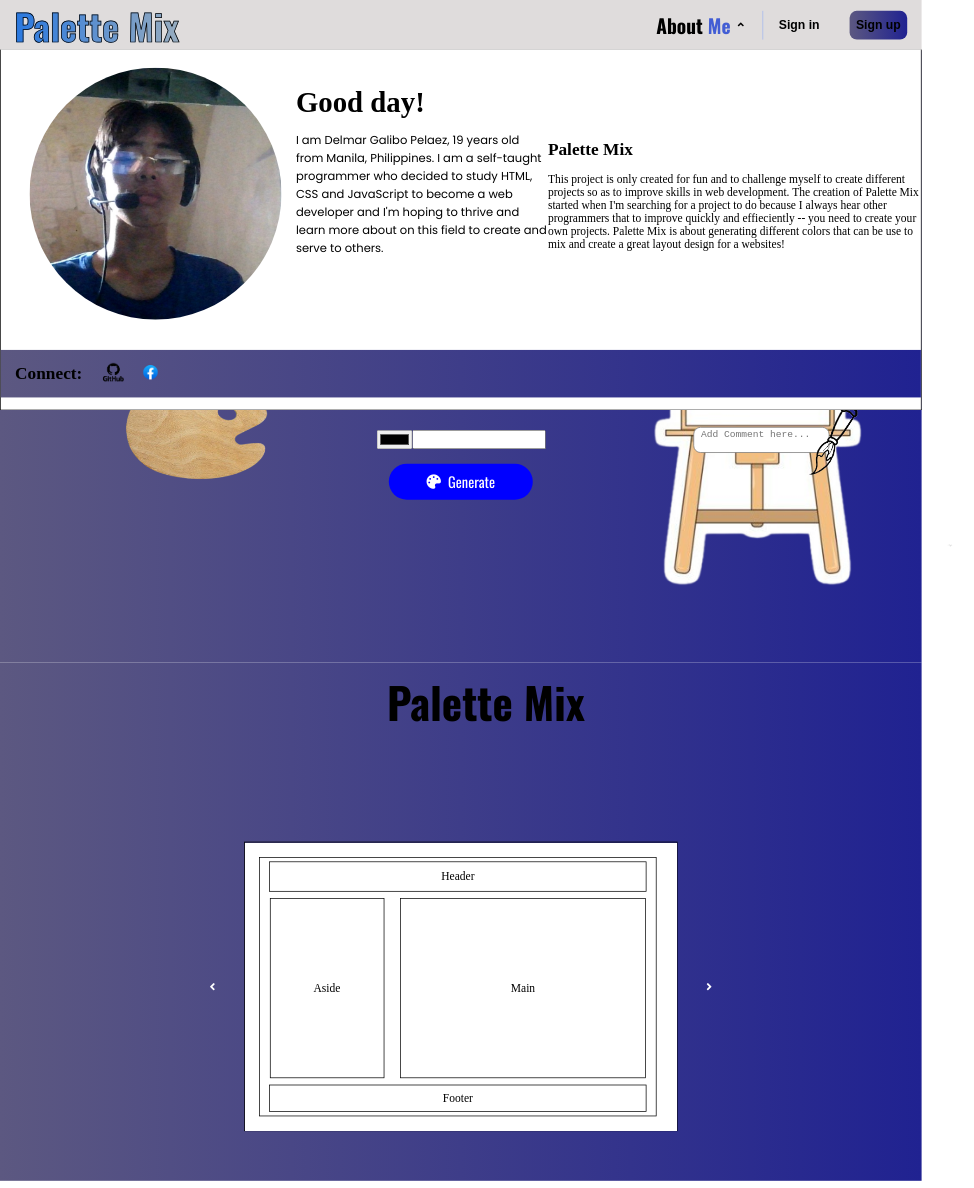
Repository: dmpelaez/Login-Signup-form
Page: Color/colorHeader.html
An editor plug-in stored every save of this project. The page is shown before and after the next save, followed by the edit.
The browser window is 1280 px wide. The page is 1353 px wide, so the pictures cover 1353 px, including what lies to the right of the window. The pictures show the whole page, at 72% of full size.
Some web libraries are served in a nearby version.

Above is the page before, as saved 2025-12-12 18:35:59.

### Color/colorHeader.html
<!DOCTYPE html>

  <html lang="en" dir="ltr">

    <head>

      <title>Palette Mix</title>
      <!--Style-->
      <link rel="stylesheet" href="colorHeader.css">
      <link rel="stylesheet" href="colorMain.css">
      <link rel="stylesheet" href="https://cdnjs.cloudflare.com/ajax/libs/font-awesome/5.14.0/css/all.min.css">
    </head>
    <body>

      <header class="color-header">
        <!--Title-->
        <a href="colorHeader.html">
          <section id="title" class="color-title">
            Palette Mix
          </section>
        </a>

        <!--End-->

        <!--Right side navigation bar-->
        <section class="navigation-bar">

          <!--About me-->
          <button class="about-me">
            <span class="aboutme">About <span class="me-text">Me</span></span>
            <i class="fas fa-angle-up"></i>
          </button>

          <!--Login & Signup form-->
          <div class="signin-signup">
            <button class="sign-in">
              Sign in
            </button>
            <button class="sign-up">
              Sign up
            </button>
          </div>
        </section>
        <!--End-->
        <div class="aboutmeSection">
          <div class="sectionAboutme">

            <img class="imageofme" alt="Creator Image" src="WIN_20241001_13_05_33_Pro.jpg">
            <P class="gd">Good day!</P>
            <p class="introduction">
              I am Delmar Galibo Pelaez, 19 years old from Manila, Philippines.
              I am a self-taught programmer who decided to study HTML, CSS and JavaScript to become
              a web developer and I'm hoping to thrive and learn more about on this field to create and serve to others.
            </p>

          </div>

          <div class="aboutThisProject">
            <h2 class="info-project">Palette Mix</h2>
            <p class="infoPalette">
              This project is only created for fun and to challenge myself to create different projects so as to improve skills in web development.
              The creation of Palette Mix started when I'm searching for a project to do because I always hear other programmers that to improve quickly and effieciently --
              you need to create your own projects. Palette Mix is about generating different colors that can be use to mix and create a great layout design for a websites!
            </p>
          </div>

          <div class="connectSection">
            <div class="contacts">
              <h2 class="connect-text">Connect:</h2>
              <a class="githubLink" href="#" target="_blank">
                 <img class="github" alt="Github" src="download__1_-removebg-preview.png">
              </a>
              <a class="facebook"  href="#" target="_blank">
                <img class="fb"  alt="Facebook" src="facebook-logo (1).png">
              </a>
            </div>

          </div>

        </div>


      </header>

      <main class="mainpage">

        <!--Main page-->
        <div class="main-page">

          <section class="title1">

            <h1 class="intro">Your color palettes generator!</h1>

            <h3 class="little-info">Create the perfect palette and get inspired by thousands of beautiful color schemes.</h3>
            <div class="sliding">
              <div class="colors">
              </div>
              <div class="colors2">
              </div>
              <div class="colors3">
              </div>
               <div class="colors4">
              </div>
            </div>

            <div class="colorSearch">
              <input type="color" class="colorbox">
              <Input type="text"  class="textbox">
              <img class="brush" src="brush.png">
              <img class="plate" src="plate.png">
              <img class="board" src="board.png">
                <div class="comment-section">
                  <h3 class="comment-text">Comment Here!</h3>
                  <ul class="comment-list"></ul>
                  <textarea class="comment-input" placeholder="Add Comment here..."></textarea>
                </div>
              </img>

            </div>

            <button class="generator">
              <i class="fas fa-palette"></i>
              Generate
            </button>
          </section>


        </div>

        <div class="theWhole">
          <div class="paletteText">Palette Mix</div>
          <div class="colorGenerator">
          </div>

          <div class="wholeDesign">
          <i id="leftIcon" class="fas fa-angle-left"></i>
              <div class="divBox">

            <!--Design 1-->


            <div class="divScroll">
              <div  class="div1">
                <div id="randomBox1" class="divpage1">
                  <header id="randomBox2" class="headerDiv1">Header</header>
                  <main  id="randomBox3" class="mainDiv1">
                    <div id="randomBox4" class="asideDiv1">Aside</div>
                    <div id="randomBox5" class="frontDiv1">Main</div>
                  </main>
                  <footer id="randomBox7" class="footerDiv1">Footer</footer>
                </div>
              </div>
              <!--Design 2-->
              <div  class="div2">
                <div id="randomBox1" class="divpage2">
                  <header id="randomBox2" class="headerDiv2">Header</header>
                    <div id="randomBox4" class="asideDiv2">Aside</div>
                    <div id="randomBox5" class="frontDiv2">Main</div>
                  <footer id="randomBox7" class="footerDiv2">Footer</footer>
                </div>
              </div>

              <!--Design 3-->

              <div  class="div3">
                <div id="randomBox1" class="divpage3">
                  <header id="randomBox2" class="headerDiv3">Header</header>
                    <div class="navBar">Navigation</div>
                    <div id="randomBox4" class="asideDiv3">Aside</div>
                    <div id="randomBox4" class="asideDiv32">Aside</div>
                    <div id="randomBox5" class="frontDiv3">Main</div>

                  <footer id="randomBox7" class="footerDiv3">Footer</footer>
                </div>
              </div>

            </div>
          </div>
          <i id="rightIcon"class="fas fa-angle-right"></i>



        </div>

        </div>


      </main>


      <script type="module" src="color.js"></script>

    </body>

  </html>

### Color/colorHeader.css
@import url('https://fonts.googleapis.com/css2?family=Anton&family=Oswald:wght@200..700&family=Poppins:ital,wght@0,100;0,200;0,300;0,400;0,500;0,600;0,700;0,800;0,900;1,100;1,200;1,300;1,400;1,500;1,600;1,700;1,800;1,900&family=Roboto:ital,wght@0,100..900;1,100..900&display=swap');

body {
  margin: 0;
  padding: 0;
}

.color-header {
  display: flex;
  justify-content: space-between;
  align-items: center;
  padding-left: 20px;
  padding-right: 20px;
  background: rgb(223, 220, 220);
  box-sizing: border-box;
  position: fixed;
  right: 0;
  left: 0;
  top: 0;
  height: 70px;
  border-bottom: 1px solid gray;
  z-index: 2;
}
@media (max-width: 670px) {
  .color-header {
    gap: 30px;
  }
}

a {
  text-decoration: none;
  flex-shrink: 0;
}

.color-title {
font-family: "Oswald", sans-serif;
font-weight: bold;
display: flex;
height: 50px;
font-size: 50px;
justify-content: start;
align-items: center;
-webkit-text-stroke: 1px black;
background: linear-gradient(90deg, rgb(41, 120, 224), rgb(150, 171, 190));
-webkit-background-clip: text;
-webkit-text-fill-color: transparent;
transition: all 0.3s ease;
cursor: pointer;
flex-shrink: 0;
}




.navigation-bar {
  display: Flex;
  justify-content: space-between;
  align-items: center;
  gap: 20px;
  height: 50px;
}
.signin-signup {
  display: Flex;
  border-left: 1px solid rgb(162, 183, 240);
  justify-content: space-between;
  align-items: center;
  gap: 30px;
  height: 40px;
  padding-left: 10px;
}

.sign-up {
  height: 40px;
  width: 80px;
  border-radius: 10px;
  border: none;
  background: transparent;
  color: black;
  font-family: arial;
  font-weight: bold;
  font-size: 17px;
  cursor: pointer;
  background: linear-gradient(90deg, rgb(92, 88, 129), rgb(32, 34, 145));
}
.sign-in {
  height: 40px;
  width: 80px;
  border-radius: 10px;
  border: none;
  background: transparent;
  color: black;
  font-family: arial;
  font-weight: bold;
  font-size: 17px;
  cursor: pointer;

}
.sign-in:hover,
.sign-up:hover {
background: linear-gradient(90deg, rgb(92, 88, 129), rgb(32, 34, 145));
  color: white;
}
.about-me {
  display: flex;
  justify-content: space-evenly;
  height: 40px;
  align-items: center;
  background-color: transparent;
  border: none;
  cursor: pointer;
  border-radius: 5px;
  flex-shrink: 0;
}
.about-me:hover {
  color: white;
  background: linear-gradient(90deg, rgb(92, 88, 129), rgb(32, 34, 145));
}
.aboutme {
  font-weight: bold;
  font-size: 27px;
  font-family: "Oswald";

}

.me-text {
  margin-right: 10px;
  color: rgb(66, 93, 212);
}

### Color/colorMain.css
@import url('https://fonts.googleapis.com/css2?family=Anton&family=Luckiest+Guy&family=Oswald:wght@200..700&family=Poppins:ital,wght@0,100;0,200;0,300;0,400;0,500;0,600;0,700;0,800;0,900;1,100;1,200;1,300;1,400;1,500;1,600;1,700;1,800;1,900&family=Roboto:ital,wght@0,100..900;1,100..900&display=swap');

body {
  height: 1580px;
}

.mainpage {
margin-top: 70px;
display: grid;
max-width: 1900px;
flex-shrink: 0;
position: relative;
}



.main-page {

}
.intro {
  font-weight: bold;
  font-size: 95px;
  white-space: wrap;
  font-family: "Oswald";
  flex-shrink: 0;
  display: flex;
  margin: 0px;
}


.aboutmeSection {
  display: grid;
  position: absolute;
  border: 1px solid black;
  background-color: white;
  left: 0;
  top: 100%;
  right: 0%;
  border-top: none;
  height: 500px;
  justify-content: space-between;
  align-items: center;
  grid-template-columns: 1fr 1fr;
  grid-template-rows: 1fr 100px;
}
.sectionAboutme {
  display: flex;
  height: 200px;
  justify-content: center;
 align-items: center;
 position: relative;
 gap: 20px;
 padding-left: 40px;
}
.imageofme {
  width: 350px;
  height: 350px;
  object-fit: cover;
  border-radius: 50%;
}
.introduction {
  width: 350px;
  font-family: "Poppins";
}
.connectSection {
  grid-column: 1 / 2 span;

  background: linear-gradient(90deg, rgb(92, 88, 129), rgb(32, 34, 145));
}
.contacts {
  display: flex;
  padding-left: 20px;
}
.gd {
  font-weight: bold;
  font-size: 40px;
  white-space: nowrap;
  position: absolute;
  top: -90px;
  left: 410px;
}
.contacts {
  display: flex;
  align-items: center;

}
.fb {
  width: 20px;
  margin-left: 20px;
}
.github {
  width: 45px;
  margin-left: 20px;
}




.title1 {
  display: flex;
  flex-direction: column;
    width: 100%;
  height: 800px;
  justify-content: start;
  position: relative;
  padding-top: 50px;
  align-items: center;
 background: linear-gradient(90deg, rgb(92, 88, 129), rgb(32, 34, 145));
 transition: background 6s ease;

}


.animate-gradient {
  animation: gradientShift 6s infinite alternate;
}

.little-info {

  font-size: 19px;
  color: rgb(0, 0, 0);
  font-family: "Poppins";
}

.letters {
  display: inline-block;
  margin: 2px;
}

.letters:hover {
  cursor: pointer;
  transition: text-shadow 0.3s ease;

  animation: wiggle 0.2s infinite alternate;
}


@keyframes wiggle {
  from {transform: translateX(0);}
  to {transform: translateX(-10px);}
}
.colors,
.colors2,
.colors3,
.colors4  {
  display: flex;

   width: 500px;
  height: 150px;
  justify-content: center;

   gap: 10px;
}
.colors div,
.colors2 div,
.colors3 div,
.colors4 div {
  display: Flex;
  height: 145px;
  flex-direction: row;
  width: 200px;
  justify-content: center;
}
.box {
  display: Flex;
  align-items: center;
  justify-content: center;
  font-weight: bold;
  font-size: 19px;
  text-transform: uppercase;
  cursor: pointer;

  border-radius: 10px;
}
.sliding {

  height: 250px;
 position: relative;
 overflow: hidden;
 margin-bottom: 20px;
}
.colors,
.colors2,
.colors3,
.colors4 {
  animation: scrollUp 6s linear infinite;

}


@keyframes scrollUp {
  0%   { transform: translateY(0); }
  25%   { transform: translateY(-50%); }
  50%   { transform: translateY(-100%); }
  75%   { transform: translateY(-150%); }
  100% { transform: translateY(-205%); }
}

.colorSearch {
  display: Flex;
  position: relative;
}
.brush {
  position: absolute;
  width: 300px;
  object-fit: cover;
  z-index: 1;
  top: -250px;
  right: -580px;
  pointer-events: none;
}
.plate {
  position: absolute;
  width: 200px;
  left: -350px;
  top: -70px;


}
.board {
  position: absolute;
  width: 600px;
  top: -330px;
  left: 230px;
  pointer-events: none;
}

.comment-section {
  position: absolute;
  right: -394px;
  bottom: -20%;
  display: flex;
  flex-direction: column;
  height: 250px;
  justify-content: end;
  text-align: center;

}
.comment-list {
position: absolute;
bottom: 10%;
display: flex;
align-items: left;
justify-content: start;

gap: 10px;
height: 140px;
width: 189px;
padding: 0;
left: -16px;
flex-direction: column;
overflow-y: scroll;
padding-left: 10px;
}
.comment-text {
  margin: 0px;
  Position: absolute;
  top: 45px;
  left: 20px;
  white-space: nowrap;
}
.comment-input {
display: flex;
position: initial;
padding-left: 10px;
text-align: middle;
align-items: center;
justify-content: center;
border-radius: 10px;
outline: none;
}
.comments {
  display: flex;
  justify-content: start;
  text-align: left;
  width: 160px;
  white-space: normal;
  word-wrap: break-word;
  word-break: break-all;
  overflow-wrap: break-word;
  border: 1px solid gray;
  padding: 10px;
  padding-right: 0px;
}


.generator {
  display: flex;
  background: blue;
  border: none;
  border-radius: 50px;
  height: 50px;
  align-items: center;
  justify-content: center;
  margin-top: 20px;
  width: 200px;
  font-family: "Oswald";
  font-size: 20px;
  color: white;
  cursor: pointer;
}
.generator i {
  margin-right: 10px;
}

.colorGenerator {
  display: flex;


  height: 200px;
  width: 100%;
  align-self: center;
 justify-self: center;
 align-items: center;
 justify-content: center;
 gap: 10px;

}
.generateColor {
  display: flex;
  border-width: 1px;
  border-radius: solid;
  width: 200px;
  height: 100px;
  justify-content: center;
  align-items: center;
  cursor: pointer;
  color: black;
}

.paletteText {
  font-weight: bold;
  font-family: "Oswald";
  font-size: 60px;
  position: absolute;
  left: 42%;
  top: 0;
  right: 50%;
  white-space: nowrap;
  top: 10px;

}

.theWhole {
  height: 100vh;
  display: flex;
  flex-direction: column;
  justify-content: center;
  align-items: center;
  position: relative;
 background: linear-gradient(90deg, rgb(92, 88, 129), rgb(32, 34, 145));
}

.divBox {
  border: 1px solid black;
  height: 400px;
  width: 600px;
  display: flex;
  align-items: center;
  justify-content: center;
  align-self: center;
  justify-self: center;
  gap: 20px;
  background-color: white;
  overflow-x: auto;
  scroll-behavior: smooth;
  position: relative;
}
.divBox::-webkit-scrollbar {
  display: none;
}
.wholeDesign {
  display: flex;
  justify-content: center;
  align-items: center;
  margin-bottom: 20px;
}


.divBox i {
  cursor: pointer;
  margin-right: 10px;
  margin-left: 10px;

}

.divScroll {
  display: flex;
  justify-content: space-evenly;
  height: 90%;
  min-width: 90%;
  position: absolute;
  left: 20px;
  background-color: white;
  gap: 30px;

}

.div1{
  display: grid;
  border: 1px solid black;
  min-height: 90%;
  width: 550px;
  flex-direction: column;
  z-index: 1;


}


.div2 {
 display: grid;
  border: 1px solid black;
  min-height: 90%;
  width: 550px;
  flex-direction: column;
  z-index: 1;

}
.div3 {
  display: grid;
  border: 1px solid black;
  min-height: 90%;
  width: 550px;
  flex-direction: column;
  z-index: 1;
  margin-right: 20px;

}





.divpage1 {
  display: flex;
   z-index: 2;
   flex-direction: column;
  height: 100%;
  min-width: 100%;
  justify-content: space-between;
  align-items: center;

}

.headerDiv1 {
  display: flex;
  align-items: center;
  justify-content: center;
  height: 40px;
  border: 1px solid black;
  min-width: 95%;
  margin-top: 5px;
  z-index: 2;
  background-color: white;
}
.mainDiv1{
  display: flex;
   z-index: 2;
  height: 70%;
  min-width: 95%;
  justify-content: space-between;

}
.footerDiv1 {
  display: flex;
  border: 1px solid black;
  min-width: 95%;
  justify-content: center;
  height: 10%;
  align-items: center;
  margin-bottom: 5px;
    z-index: 2;
    background-color: white;
}
.asideDiv1 {
  border: 1px solid black;
  min-width: 30%;
  display: flex;
  align-items: center;
  justify-content: center;
  z-index: 2;
  background-color: white;
}
.frontDiv1 {
  display: flex;
  border: 1px solid black;
  min-width: 65%;
  justify-content: center;
  align-items: center;
  z-index: 2;
  background-color: white;
}





.divpage2 {
  display: grid;
grid-template-columns: 150px 1fr 1fr 1fr;
grid-template-rows: 150px 1fr 1fr 1fr;
row-gap: 10px;
column-gap: 10px;
margin: 10px;
}
.headerDiv2 {
  grid-row: 1 / 3 span;
  display: flex;
  justify-content: center;
  align-items: center;
  border: 1px solid black;
  background-color: white;
}

.footerDiv2 {
  grid-row: 4 / 1 span;
  grid-column: 4 span;
  display: flex;
  justify-content: center;
  align-items: center;
  border: 1px solid black;
  background-color: white;
}


.frontDiv2 {
grid-column: 2 / 3 span;
grid-row: 1 / 2 span;
display: flex;
justify-content: center;
align-items: center;
border: 1px solid black;
background-color: white;
}
.asideDiv2 {
  grid-column: 2 / 3 span;
  display: flex;
  justify-content: center;
  align-items: center;
  border: 1px solid black;
  background-color: white;
}




.divpage3 {
  display: grid;
  grid-template-columns: 150px 1fr 150px;
  grid-template-rows: 50px 40px 1fr 1fr 40px;
  row-gap: 10px;
  column-gap: 10px;
  margin: 10px;

}
.headerDiv3 {
  grid-column: 1 / 3 span;
  display: flex;
  justify-content: center;
  align-items: center;
  border: 1px solid black;
  background-color: white;
}
.navBar {
  grid-column: 1 / 3 span;
  display: flex;
  justify-content: center;
  align-items: center;
  border: 1px solid black;
background-color: white;
}
.asideDiv3 {
  display: flex;
  border: 1px solid black;
  justify-content: center;
  align-items: center;
background-color: white;
}
.asideDiv32 {
  display: Flex;
  border: 1px black solid;
  grid-row: 4;
  justify-content: center;
  align-items: center;
  background-color: white;
}
.frontDiv3 {
  display: flex;
  justify-content: center;
  align-items: center;
  border: 1px solid black;
  grid-row: 3 / 2 span;
  grid-column: 2 / 2 span;
  background-color: white;
}
.footerDiv3 {
  display: Flex;
  align-items: center;
  justify-content: center;
  border: 1px solid black;
  grid-column: 1 / 3 span;
  background-color: white;
}




#leftIcon {
  cursor: pointer;
  color: white;
  margin-right: 20px;
  padding: 20px;
}
#rightIcon {
  cursor: pointer;
  margin-left: 20px;
  padding: 20px;
 color: white;
}

Loaded but not shown: Color/color.js (458 lines, source omitted)

After the next save:
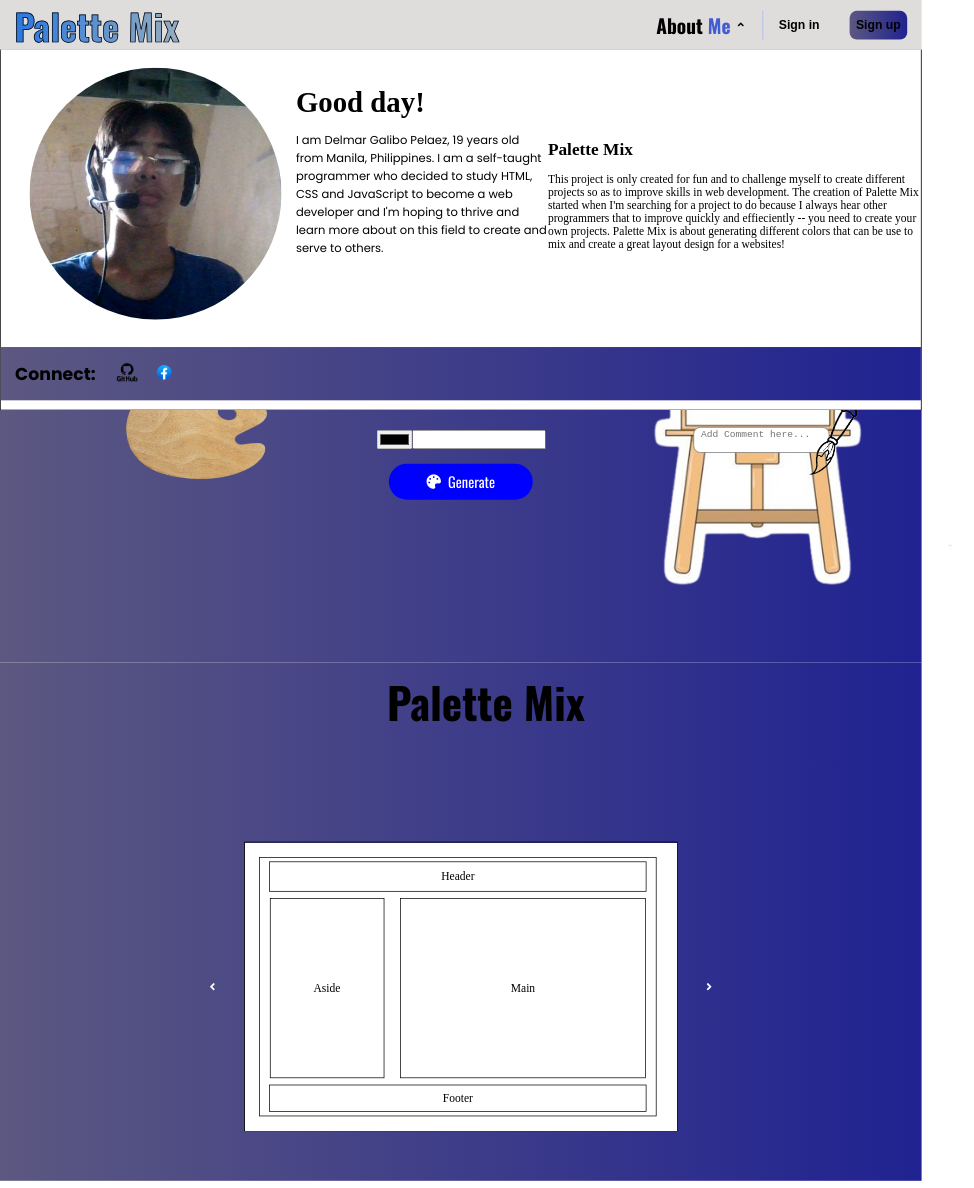
Saved 30 s later.
--- a/Color/colorMain.css
+++ b/Color/colorMain.css
@@ -91,6 +91,9 @@ position: relative;
 .github {
   width: 45px;
   margin-left: 20px;
+}
+.connect-text {
+  font-family: "Poppins";
 }
 
 
